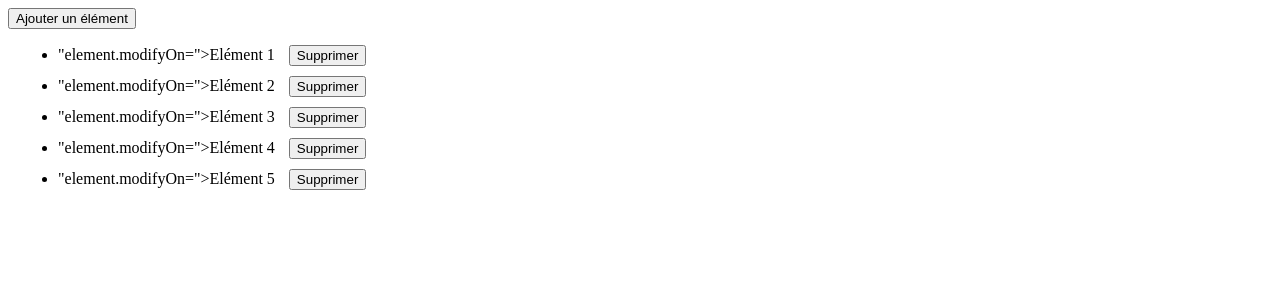
Repository: arione15/Livre_Serrion-Vue.js
Page: index.html
The author's editor kept a copy of each file at every save. The page is drawn from the files as they stood at one save, then again after the next save.
The browser window is 1280 px wide. The pictures show the whole page.

Above is the page before, as saved 2021-09-08 12:50:46.

### index.html
<!DOCTYPE html>
<html lang="en">

<head>
    <meta charset="UTF-8">
    <meta http-equiv="X-UA-Compatible" content="IE=edge">
    <meta name="viewport" content="width=device-width, initial-scale=1.0">
    <title>Liste</title>
    <script src="https://cdn.jsdelivr.net/npm/vue/dist/vue.js"></script>
</head>

<body>

    <div id="root"></div>

</body>

<script>
    const vm = new Vue({
        el: "div#root",
        template: `
            <div>
                <button v-on:click="ajouter()">Ajouter un élément</button>
                <ul>
                    <li v-for="(element, index) of elements" style="margin:10px">
                        <span v-if"element.modifyOn=">{{element.text}}</span>
                    <button v-on:click="supprimer(index)" style="margin-left:10px">Supprimer</button>
                </li>
                </ul>
                <span v-if="elements.length === 0">La liste est vide !!</span>
            </div>
        `,
        data: {
            elements: [
                { text: "Elément 1", modifyOn: false },
                { text: "Elément 2", modifyOn: false },
                { text: "Elément 3", modifyOn: false },
                { text: "Elément 4", modifyOn: false },
                { text: "Elément 5", modifyOn: false },
            ]
        },
        methods: {
            supprimer(index){
                this.elements = this.elements.filter(function cb(elt,i){
                    if(index===i) return false;
                    else return true;
                })
            },
            ajouter(){
                const length = this.elements.length + 1;
                const element = { text: `Elément ` + length, modifyOn: false };
                this.elements.push(element);
            },
            modifier(index, event){
                this.elements[index].modifyOn = truse;
            }



        }
    })
</script>

</html>

After the next save:
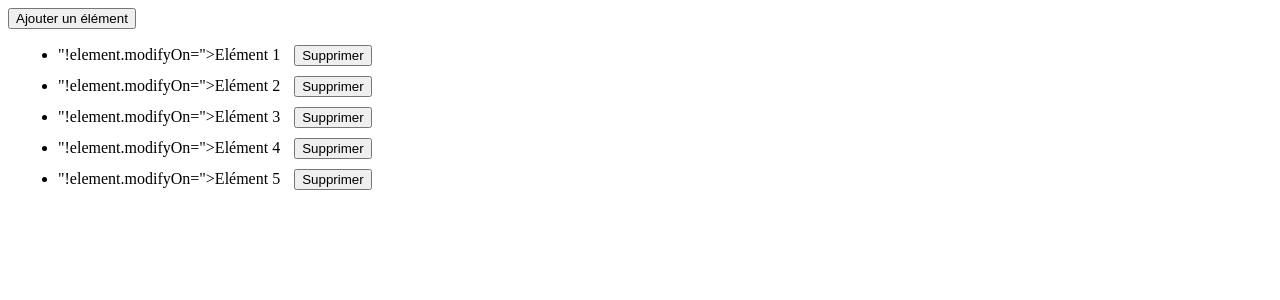
Saved 24 s later.
--- a/index.html
+++ b/index.html
@@ -23,7 +23,7 @@
                 <button v-on:click="ajouter()">Ajouter un élément</button>
                 <ul>
                     <li v-for="(element, index) of elements" style="margin:10px">
-                        <span v-if"element.modifyOn=">{{element.text}}</span>
+                        <span v-if"!element.modifyOn=">{{element.text}}</span>
                     <button v-on:click="supprimer(index)" style="margin-left:10px">Supprimer</button>
                 </li>
                 </ul>
